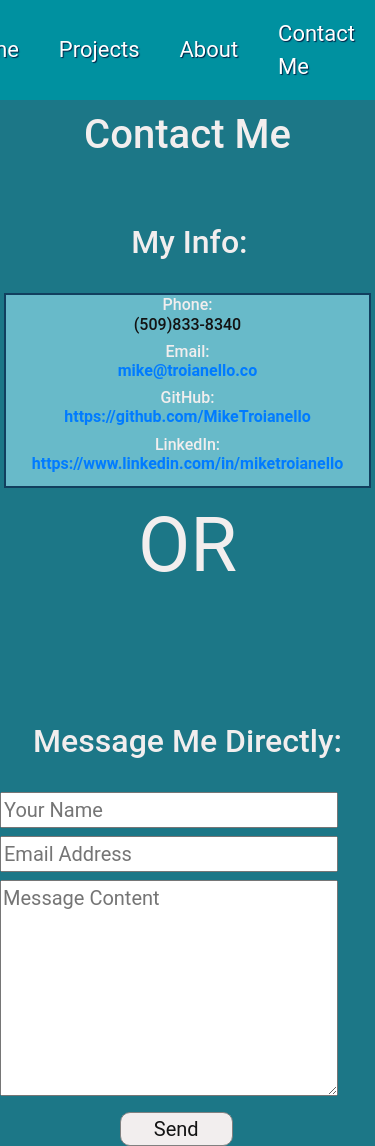
Repository: MikeTroianello/troianello
Page: /contact
These files come from the project's save history. The page is drawn as it stood at one moment and after the next save; the edit follows.
The browser window is 375 px wide. The pictures show the whole page.
The project was rebuilt for these pictures with package versions that can differ from the ones it lists, and the page was loaded fresh each time. Also part of the build but not shown: src/components/context-sensitive/Greet.js, src/components/locations/Home.js, src/components/locations/About/About.css, src/components/locations/About/AboutMobile.css, src/components/locations/About/About.js, src/components/cards/RainbowDay.js, src/components/cards/CanvasBubbles.js, src/components/cards/projectCard.css and 4 more.

Above is the page before, as saved 2019-08-02 18:20:08.

After the next save:
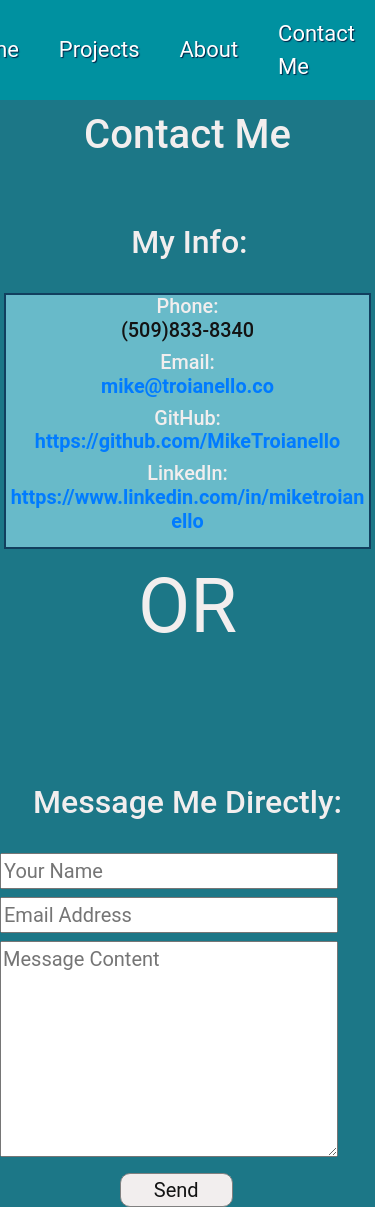
Saved 5 s later.
--- a/src/components/locations/Contact/ContactMobile.css
+++ b/src/components/locations/Contact/ContactMobile.css
@@ -11,7 +11,7 @@
   }
 
   .contact-page h3 {
-    font-size: 1rem;
+    font-size: 1.24rem;
   }
 
   /* .contact-side-one {
